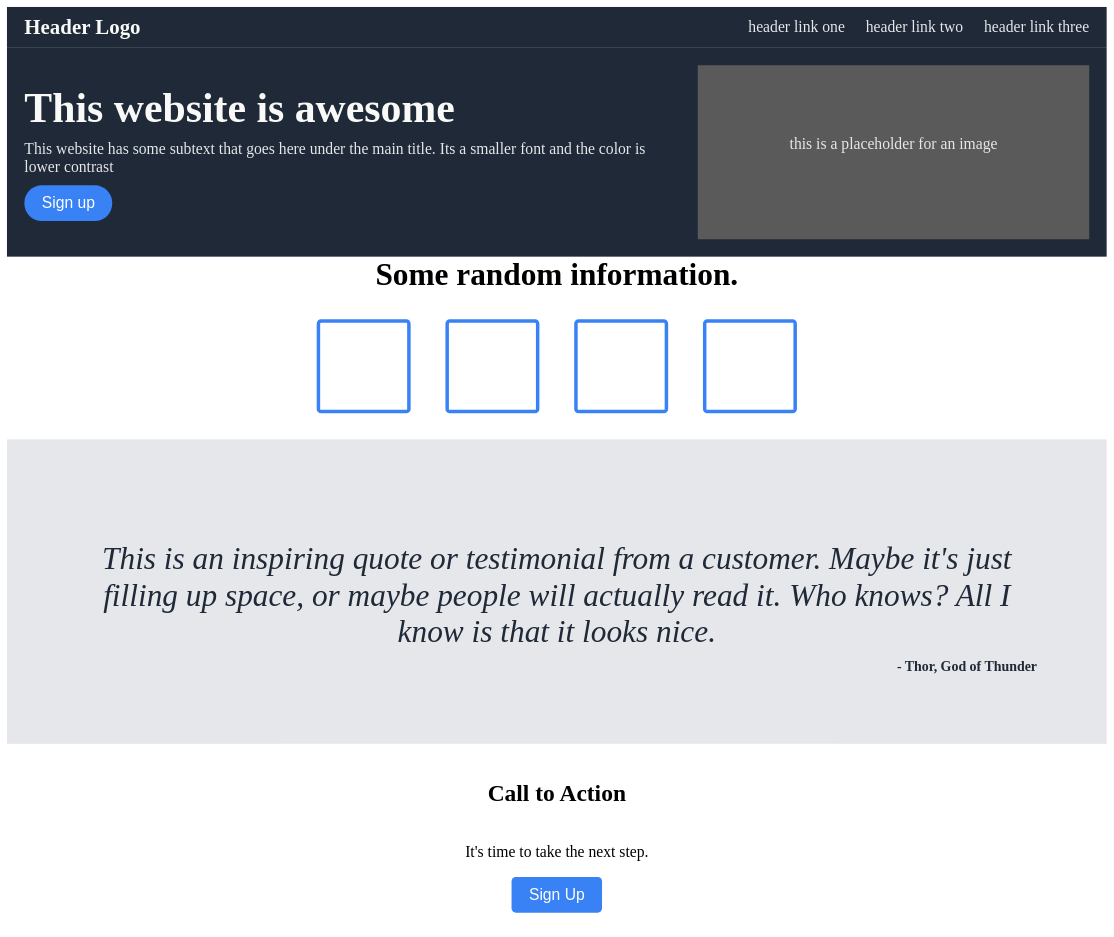
Repository: mnhardy1504/odin-recipes1
Page: flexboxlanding/index.html
The author's editor kept a copy of each file at every save. The page is drawn from the files as they stood at one save, then again after the next save.
The browser window is 1280 px wide. The pictures show the whole page, at 87% of full size.

Above is the page before, as saved 2023-09-13 13:10:30.

### flexboxlanding/index.html
<!DOCTYPE html>
<html>

<head>
    <meta charset="UTF-8">
    <link rel="stylesheet" href="index.css">
</head>

<body>
    <div class="header">
        <div class="header-logo"><strong>Header Logo</strong></div>
        <div class="header-links">
            <a href="#">header link one</a>
            <a href="#">header link two</a>
            <a href="#">header link three</a>
        </div>
    </div>

    <div class="flexbox-section">
        <div class="flexbox-content">
            <h1>This website is awesome</h1>
            <p class="subtext">This website has some subtext that goes here under the main title. Its a smaller font and
                the color is lower contrast</p>
            <button>Sign up</button>
        </div>
        <div class="image-container">
            <div class="image-placeholder">
                <div class="image-text">this is a placeholder for an image</div>
            </div>
        </div>
    </div>

    <div class="random"><strong>Some random information.</strong></div>

    <div class="square-container">
        <div class="square">
            <div class="square-text">
            </div>
        </div>
        <div class="square">
            <div class="square-text">
            </div>
        </div>
        <div class="square">
            <div class="square-text">
            </div>
        </div>
        <div class="square">
            </div>
        </div>
    </div>
    <div class="quote-section">
        <p class="quote-text">
            This is an inspiring quote or testimonial from a customer. Maybe it's just filling up space, or maybe people
            will actually read it. Who knows? All I know is that it looks nice.
        </p>
        <div class="quote-author">
            <strong>- Thor, God of Thunder</strong>
        </div>
    </div>

    <div class="call-to-action-box">
        <div class="call-to-action-content">
            <h2>Call to Action</h2>
            <p>It's time to take the next step.</p>
            <button>Sign Up</button>
        </div>
    </div>
</body>

</html>

### flexboxlanding/index.css
.header {
    background-color: #1F2937; /* Header background color */
    color: white; /* Text color inside the header */
    display: flex;
    justify-content: space-between; /* Space between logo and links */
    align-items: center;
    padding: 10px 20px; /* Add padding to the header */
}

.header-logo {
    font-size: 24px;
     color: #f9faf8;
     margin-right: 20px;
}

.header-links a {
    text-decoration: none; /* Remove underlines from links */
    font-size: 18px;
    color: #e5e7eb;
    margin-left: 20px; /* Add spacing between links */
}

.header-links a:hover {
    text-decoration: underline;
}

.flexbox-section {
    background-color: #1F2937; /* Background color for the flexbox section */
    color: #f9faf8; /* Text color inside the flexbox section */
    display: flex;
    justify-content: space-between; /* Space between content and image */
    align-items: center;
    padding: 20px; /* Add padding to the flexbox section */
}

.flexbox-content {
    max-width: 60%; /* Adjust the maximum width of the content */
}

h1 {
    font-size: 48px;
    font-weight: bold; /* Extra-bold */
    margin: 0; /* Remove default margin */
}

.subtext {
    font-size: 18px;
    color: #e5e7eb; /* Subtext color */
    margin: 10px 0; /* Add spacing around subtext */
}

.image-container {
    display: flex;
    align-items: center; /* Vertically align content if needed */
}

.image-placeholder {
    width: 450px;
    height: 200px;
    background-color: #5A5A5A;
}

.image-text {
    font-size: 18px;
    color: #e5e7eb;
    text-align: center;
    padding: 80px;
}

.square-container {
    display: flex;
    justify-content:center;
    align-items: center;
    flex-wrap: wrap;
    background-color: white;
    padding: 10px;
}

.square {
    width: 100px;
    height: 100px;
    background-color: white;
    border: 4px solid #3882F6;
    text-align: center;
    display: flex;
    flex-direction: column;
    justify-content: space-between;
    align-items: center;
    color: white;
    margin: 20px;
    border-radius: 5px;
}

.square-text {
    margin-top: 10px;
}

.random {
    text-align: center;
    justify-content: center;
    font-size: 36px
}

.quote-section {
    background-color: #e5e7eb;
    padding: 80px;
    text-align: center;
}

.quote-text {
    font-size: 36px;
    font-style: italic;
    color: #1F2937;
    margin-bottom: 10px;
}

.quote-author {
    font-style: light italic;
    color: #1F2937;
    text-align: right;
    font-weight: 800;
}

.call-to-action-box {
    display: flex; /* Use flexbox for layout */
    background-color: white; /* White background for the container */
    padding: 20px;
    width: 600px;
    margin: 0 auto;
}

.call-to-action-content {
    flex-grow: 1; /* Make this div expand to fill the available space */
    display: flex; /* Use flexbox within the container */
    flex-direction: column; /* Stack items vertically */
    align-items: center; /* Center items horizontally */
    justify-content: center; /* Center items vertically */
    max-width: 600px;
    font-size: 18px;
}

/* Style the rectangular blue box */
.call-to-action-content button {
    background-color: #3882F6; /* Blue background for the button */
    color: white;
    padding: 10px 20px;
    border: none;
    border-radius: 5px; /* Rounded corners */
    font-size: 18px;
    cursor: pointer;
}

/* Add hover effect to the button */
.call-to-action-content button:hover {
    background-color: #1F5CFF; /* Darker blue on hover */
}

button {
    background-color: #3882F6;
    color: white;
    padding: 10px 20px;
    border: white;
    border-radius: 20px;
    font-size: 18px;
    cursor: pointer;
    align-items: right;
    text-align: right;
}

button:hover {
    background-color: #3882F6
}

After the next save:
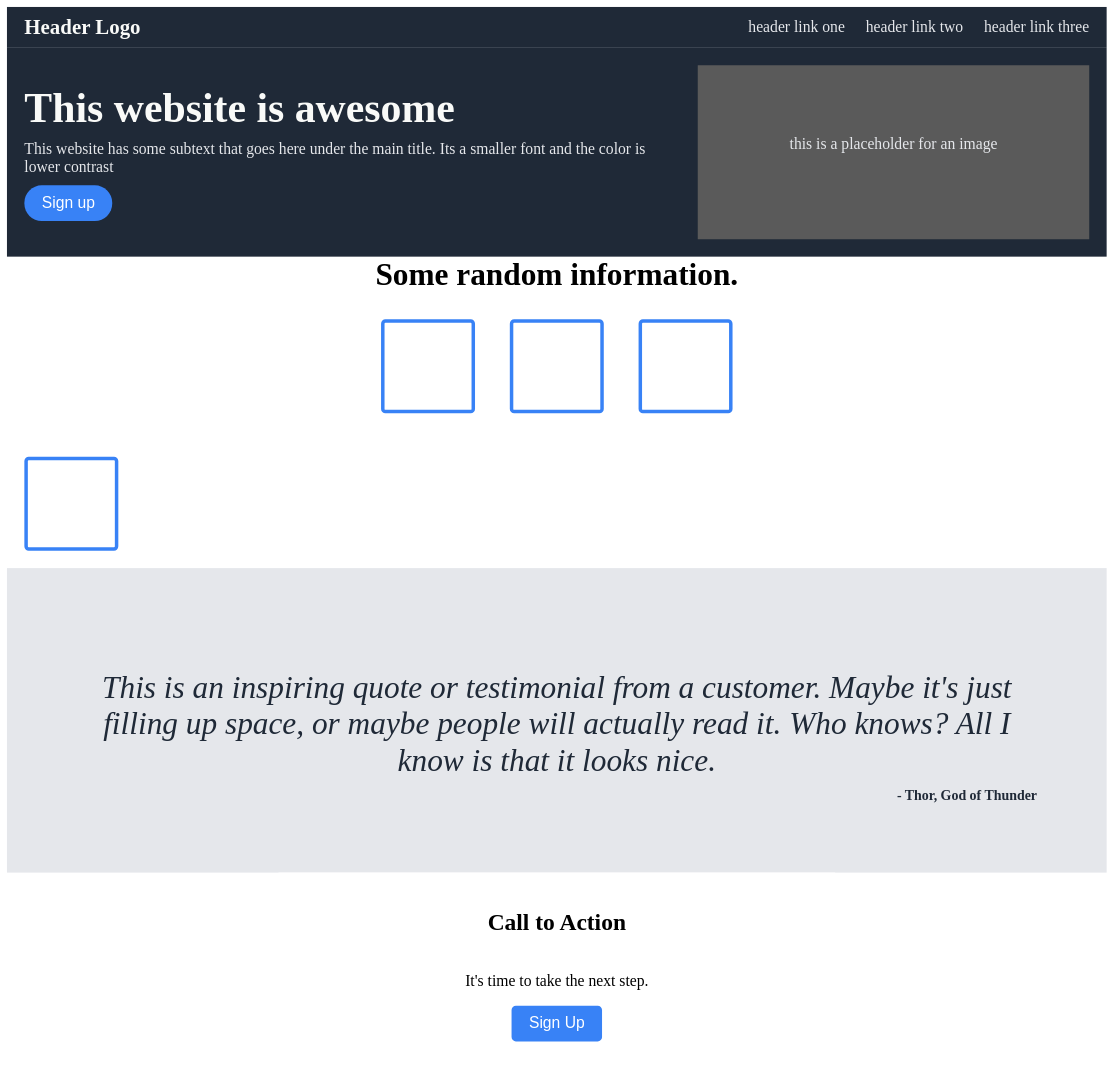
Saved 10 s later.
--- a/flexboxlanding/index.html
+++ b/flexboxlanding/index.html
@@ -42,7 +42,6 @@
             </div>
         </div>
         <div class="square">
-            <div class="square-text">
             </div>
         </div>
         <div class="square">

After the save that followed:
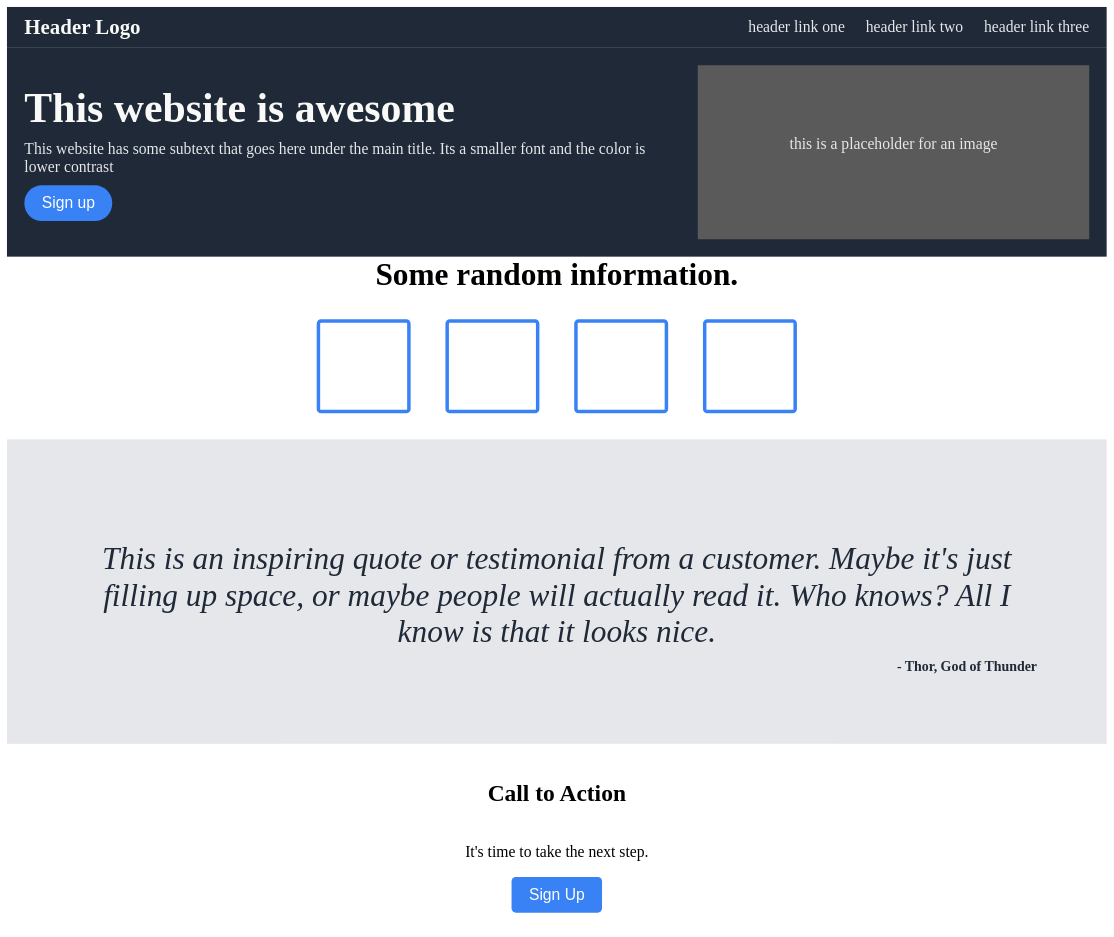
Saved 8 s later.
--- a/flexboxlanding/index.html
+++ b/flexboxlanding/index.html
@@ -42,6 +42,7 @@
             </div>
         </div>
         <div class="square">
+            <div class="square-text">
             </div>
         </div>
         <div class="square">
